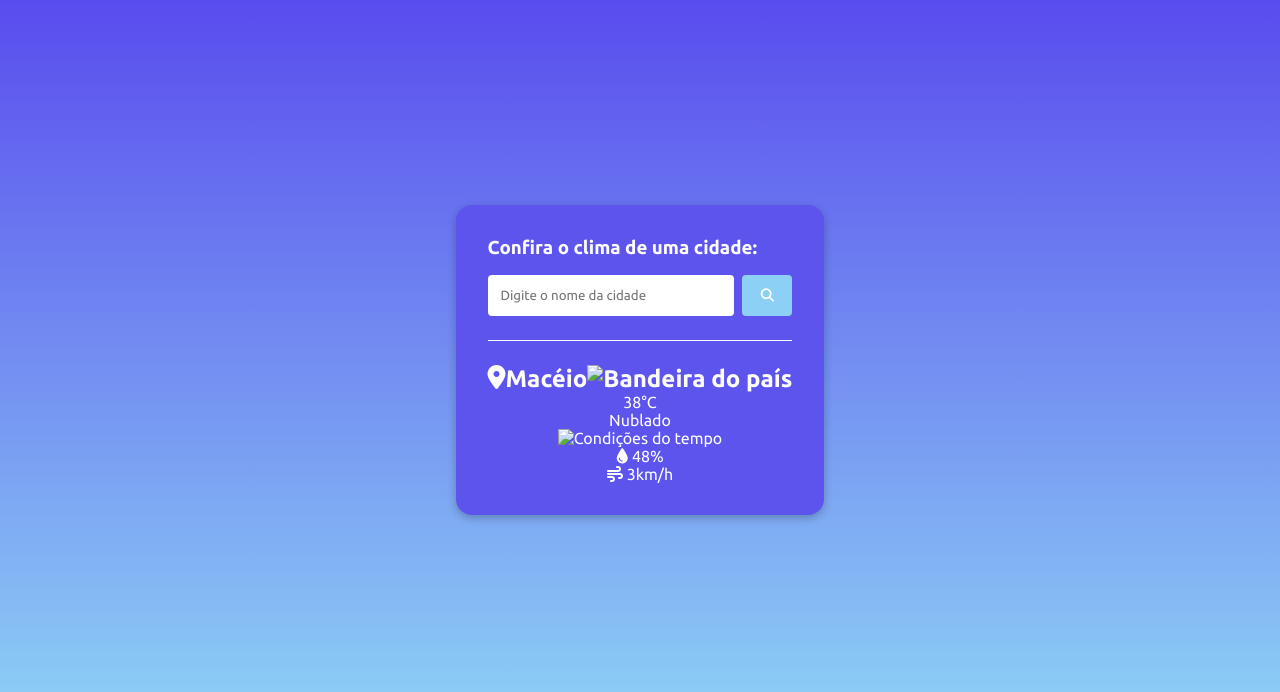
Repository: willamesalmeida/Clima
Page: index.html
The author's editor kept a copy of each file at every save. The page is drawn from the files as they stood at one save, then again after the next save.
The browser window is 1280 px wide. The pictures show the whole page.

Above is the page before, as saved 2022-09-19 16:27:36.

After the next save:
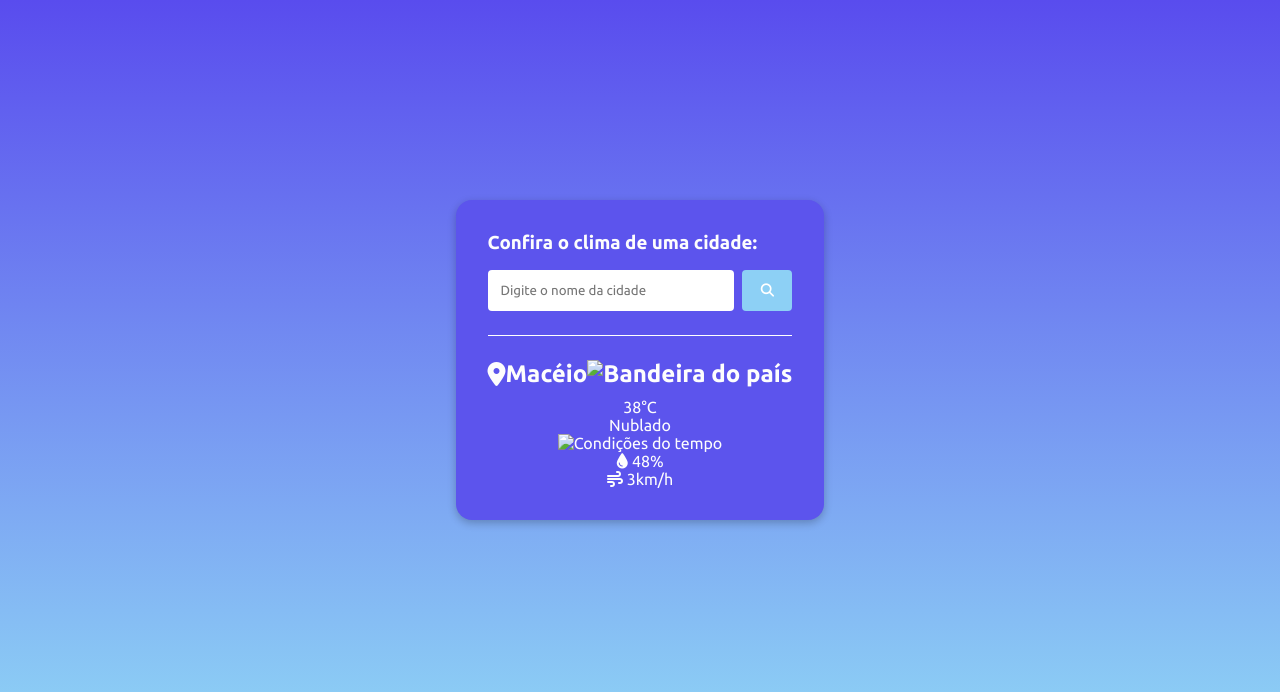
Saved 2 min 41 s later.
--- a/css/styles.css
+++ b/css/styles.css
@@ -61,4 +61,6 @@ body{
 #weather-data h2 {
     display: flex;
     justify-content: center;
+    align-items: center;
+    margin-bottom: 0.6rem;
 }
